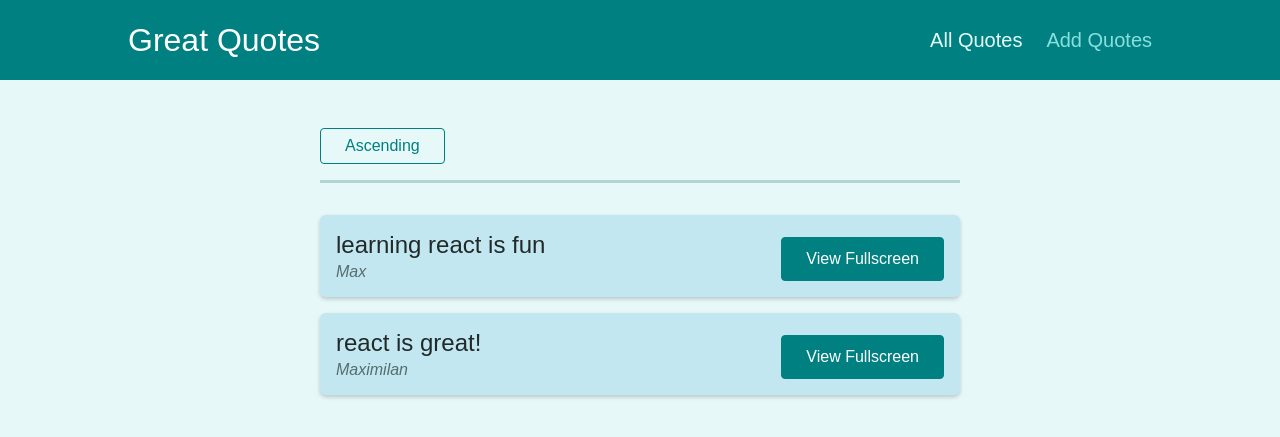
Repository: NamalPathirana/react-router-prac-two-demo
Page: /
An editor plug-in stored every save of this project. The page is shown before and after the next save, followed by the edit.
The browser window is 1280 px wide. The pictures show the whole page.
The project was rebuilt for these pictures with package versions that can differ from the ones it lists, and the page was loaded fresh each time. Also part of the build but not shown: src/components/UI/Card.module.css, src/components/UI/Card.js, src/components/UI/LoadingSpinner.module.css, src/components/UI/LoadingSpinner.js, src/components/quotes/QuoteForm.module.css, src/components/quotes/QuoteForm.js, src/components/pages/AddQuotes.js, src/components/pages/NotFound.js and 7 more.

Above is the page before, as saved 2022-04-21 17:55:01.

### src/App.js
import { Fragment } from "react";
import { Redirect, Route, Switch } from "react-router-dom";
import Layout from "./components/layout/Layout";
import AddQuotes from "./components/pages/AddQuotes";
import NotFound from "./components/pages/NotFound";
import QuotesDetails from "./components/pages/Quote-details";
import Quotes from "./components/pages/Quotes";

function App() {
  return (
    <Fragment>
      <Layout>
        <Switch>
          <Route path="/" exact>
            <Redirect to="/quotes"></Redirect>
          </Route>
          <Route path="/quotes" exact>
            <Quotes></Quotes>
          </Route>
          <Route path="/quotes/:quoteID">
            <QuotesDetails></QuotesDetails>
          </Route>
          <Route path="/add-quotes" exact>
            <AddQuotes></AddQuotes>
          </Route>
          <Route path="*">
            <NotFound></NotFound>
          </Route>
        </Switch>
      </Layout>
    </Fragment>
  );
}

export default App;

### src/components/layout/Layout.js
import { Fragment } from "react";
import Header from "./Header";
import classes from "./Layout.module.css"


const Layout = (props) => {
    return <Fragment>
        <Header></Header>
        <main className={classes.main} >{props.children}</main>
    </Fragment>
}


export default Layout;

### src/components/pages/Quotes.js
import { Fragment  } from "react";
import { Link } from "react-router-dom";
import QuotesList from "../quotes/QuoteList"

const DUMMY_QUOTES = [
    { id:'q1', author:'Max', text:'learning react is fun'},
    { id:'q2', author:'Maximilan', text:'react is great!'},
];

const Quotes = () => {
    return <QuotesList quotes={DUMMY_QUOTES}></QuotesList>
}

export default Quotes;

### src/components/layout/Header.js
import { NavLink } from "react-router-dom";
import classes from "./MainNavigation.module.css";

const Header = () => {
  return (
    <header className={classes.header}>
      <p className={classes.logo}>Great Quotes</p>
      <nav className={classes.nav}>
        <ul>
          <li>
            <NavLink activeClassName={classes.active} to="/quotes">All Quotes</NavLink>
          </li>
          <li>
            <NavLink activeClassName={classes.active} to="/add-quotes">Add Quotes</NavLink>
          </li>
        </ul>
      </nav>
    </header>
  );
};

export default Header;

### src/components/quotes/QuoteList.js
import { Fragment } from 'react';
import { useHistory, useLocation } from 'react-router-dom';

import QuoteItem from './QuoteItem';
import classes from './QuoteList.module.css';

const sortQuotes = (quotes,ascending) => {
  return quotes.sort((quoteA,quoteB)=>{
    if(ascending){
      return quoteA.id > quoteB.id ? 1: -1;
    }else{
      return quoteA.id < quoteB.id ? 1: -1;
    }
  });
}

const QuoteList = (props) => {
  const history = useHistory();
  const location = useLocation();

  const queryParams = new URLSearchParams(location.search);

  const isAscending = queryParams.get('sort') === 'asc';

  const onSortingHandler = () => {
    history.push('/quotes?sort='+(isAscending?'desc':'asc'));
    console.log(location.search);
  }

  return (
    <Fragment>
      <div className={classes.sorting}>
        <button onClick={onSortingHandler}>
          {isAscending?'Descending':'Ascending'}
        </button>
      </div>
      <ul className={classes.list}>
        {props.quotes.map((quote) => (
          <QuoteItem
            key={quote.id}
            id={quote.id}
            author={quote.author}
            text={quote.text}
          />
        ))}
      </ul>
    </Fragment>
  );
};

export default QuoteList;

Loaded but not shown: public/index.html (common file); src/index.js (common file); src/index.css (common file); src/components/layout/Layout.module.css (common file); src/components/layout/MainNavigation.module.css (common file); src/components/quotes/QuoteItem.js (common file); src/components/quotes/QuoteList.module.css (common file); src/components/quotes/QuoteItem.module.css (common file)

After the next save:
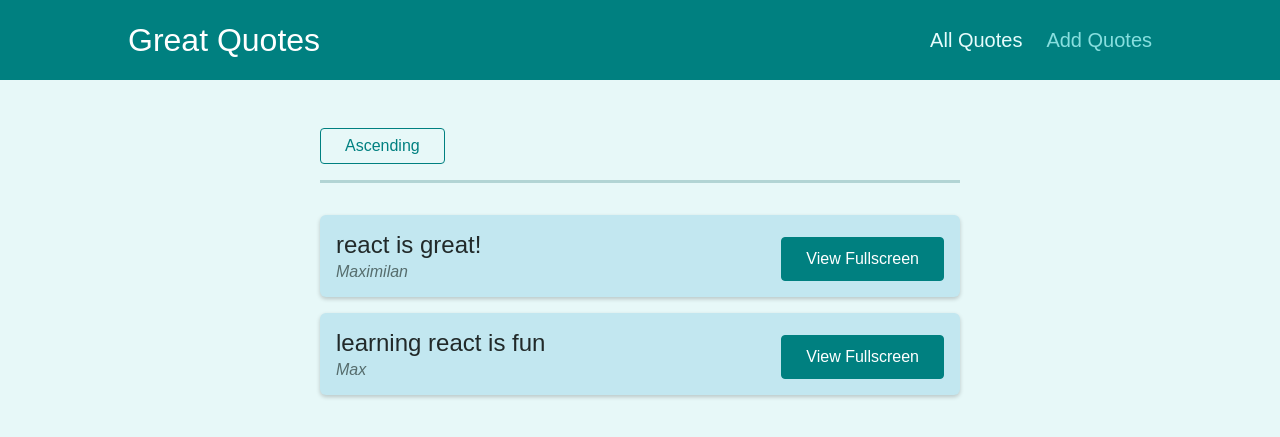
Saved 2 h 44 min later.
--- a/src/components/quotes/QuoteList.js
+++ b/src/components/quotes/QuoteList.js
@@ -27,6 +27,8 @@ const QuoteList = (props) => {
     console.log(location.search);
   }
 
+  const sortedQuery = sortQuotes(props.quotes,isAscending);
+
   return (
     <Fragment>
       <div className={classes.sorting}>
